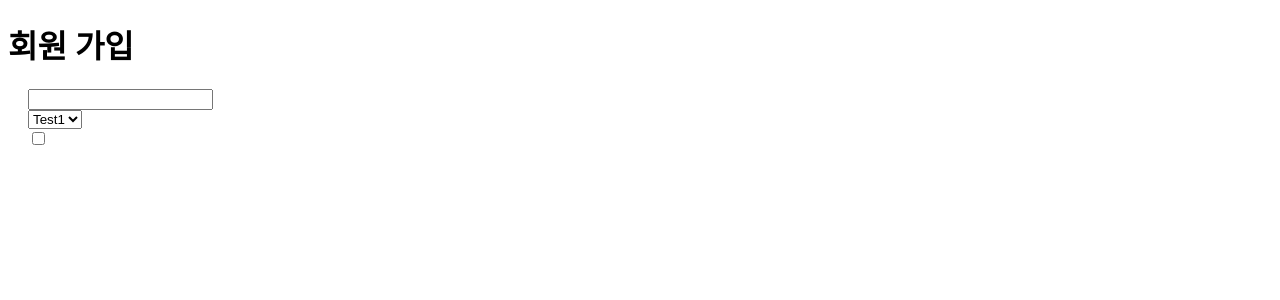
Repository: park-nahyun/BootstrapStudy
Page: BootstrapWork/WebContent/BootEx03.html
These files come from the project's save history. The page is drawn as it stood at one moment and after the next save; the edit follows.
The browser window is 1280 px wide. The pictures show the whole page.

Above is the page before, as saved 2021-07-01 03:46:39.

After the next save:
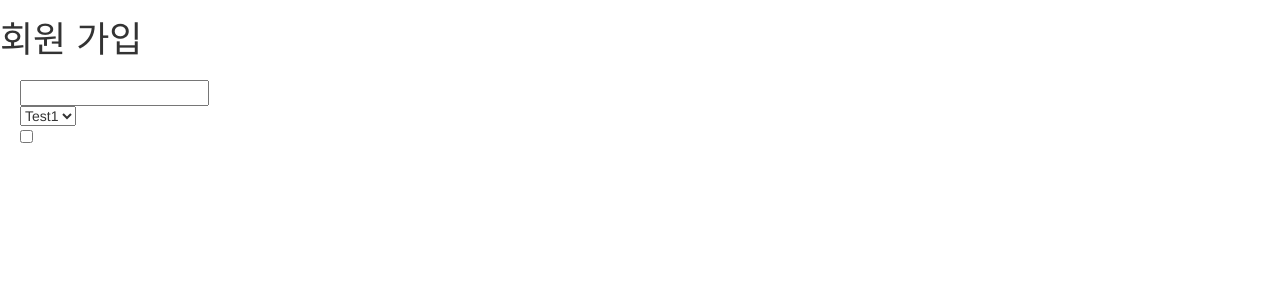
Saved 42 s later.
--- a/BootstrapWork/WebContent/BootEx03.html
+++ b/BootstrapWork/WebContent/BootEx03.html
@@ -3,6 +3,11 @@
 <head>
 <meta charset="UTF-8">
 <title>BootEx03.html</title>
+
+<link rel="stylesheet" href="css/bootstrap.css">
+<script type="text/javascript" src="http://code.jquery.com/jquery.min.js"></script>
+<script type="text/javascript" src="js/bootstrap.min.js"></script>
+
 </head>
 <body>
 
@@ -24,6 +29,7 @@
 
 	<input type="checkbox">
 	<br>
+
 </form>
 </body>
 </html>
